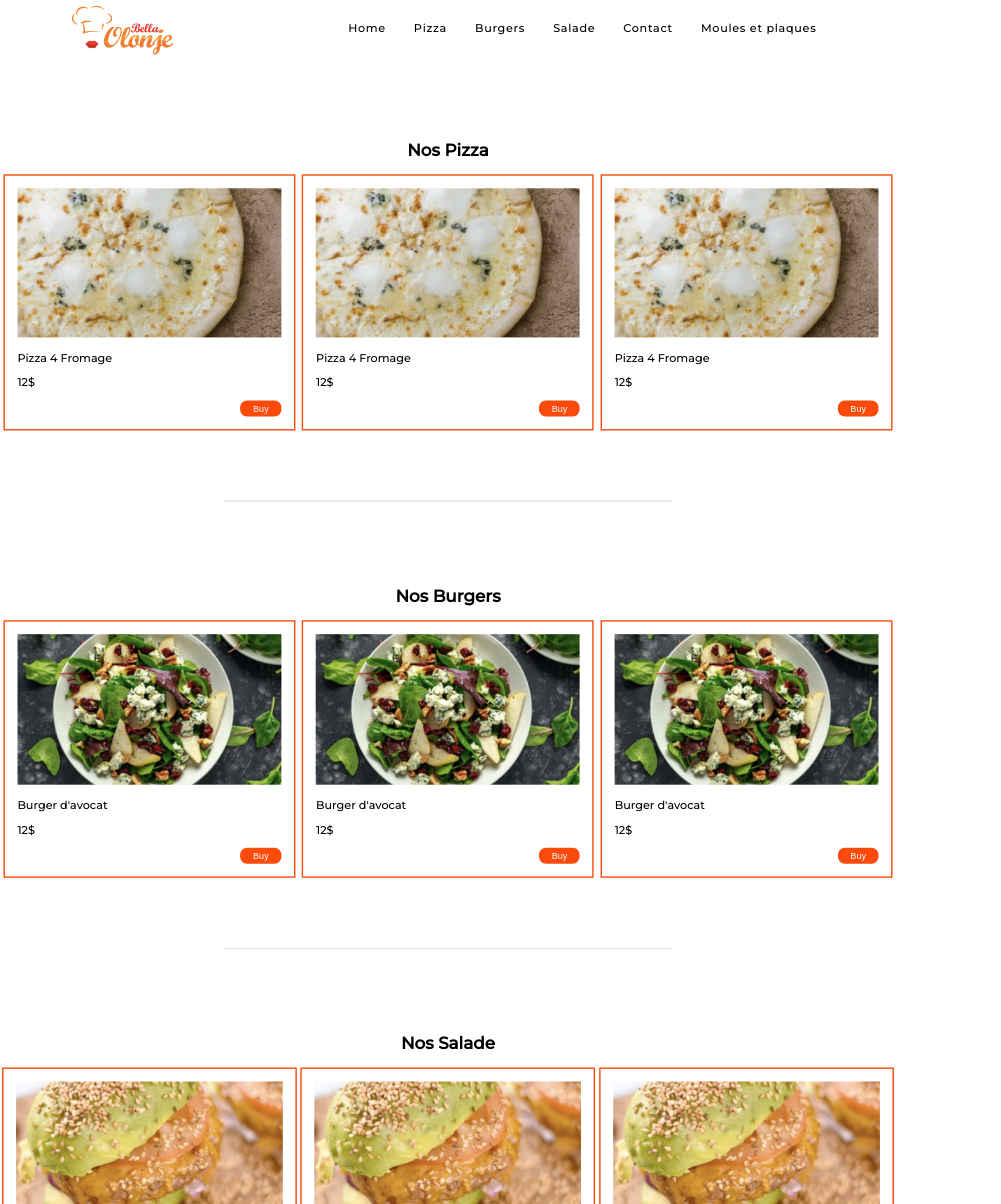
Repository: Ahlam-belhadj/bella-olange
Page: index.html
These files come from the project's save history. The page is drawn as it stood at one moment and after the next save; the edit follows.
The browser window is 1280 px wide. The page is 1430 px wide, so the pictures cover 1430 px, including what lies to the right of the window. The pictures show the part of the page from y = 0 to 1720 px (the page is 2870 px tall), at 70% of full size.

Above is the page before, as saved 2023-02-12 00:17:20.

After the next save:
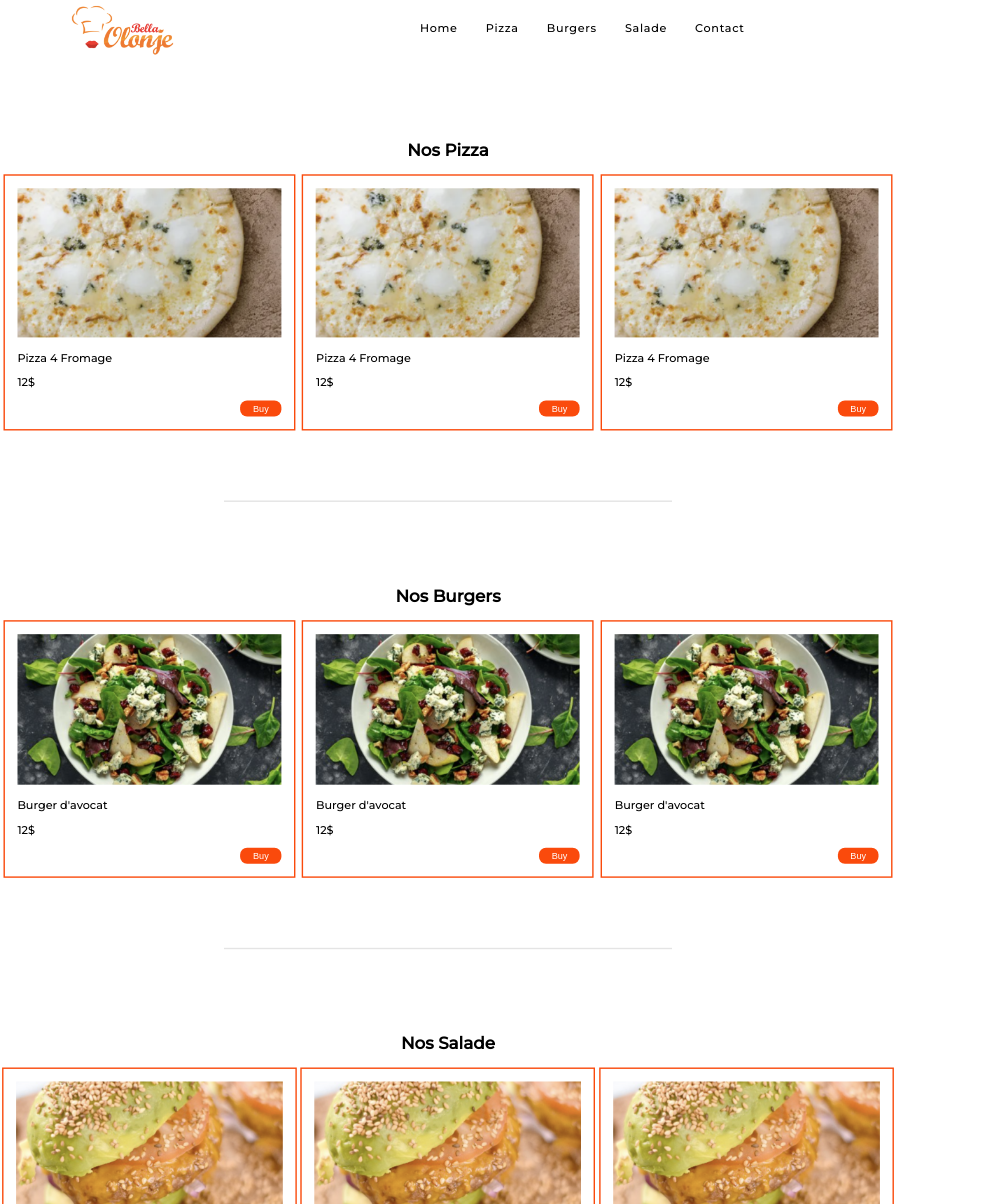
Saved 5 s later.
--- a/index.html
+++ b/index.html
@@ -20,7 +20,6 @@
                 <li><a href="#" class="nav-link">Burgers</a></li>
                 <li><a href="#" class="nav-link">Salade</a></li>
                 <li><a href="#" class="nav-link">Contact</a></li>
-                <li><a href="#" class="nav-link">Moules et plaques</a></li>
             </ul>
             <div class="icon_navbar">
                 <label for="click" class="menu-btn">
